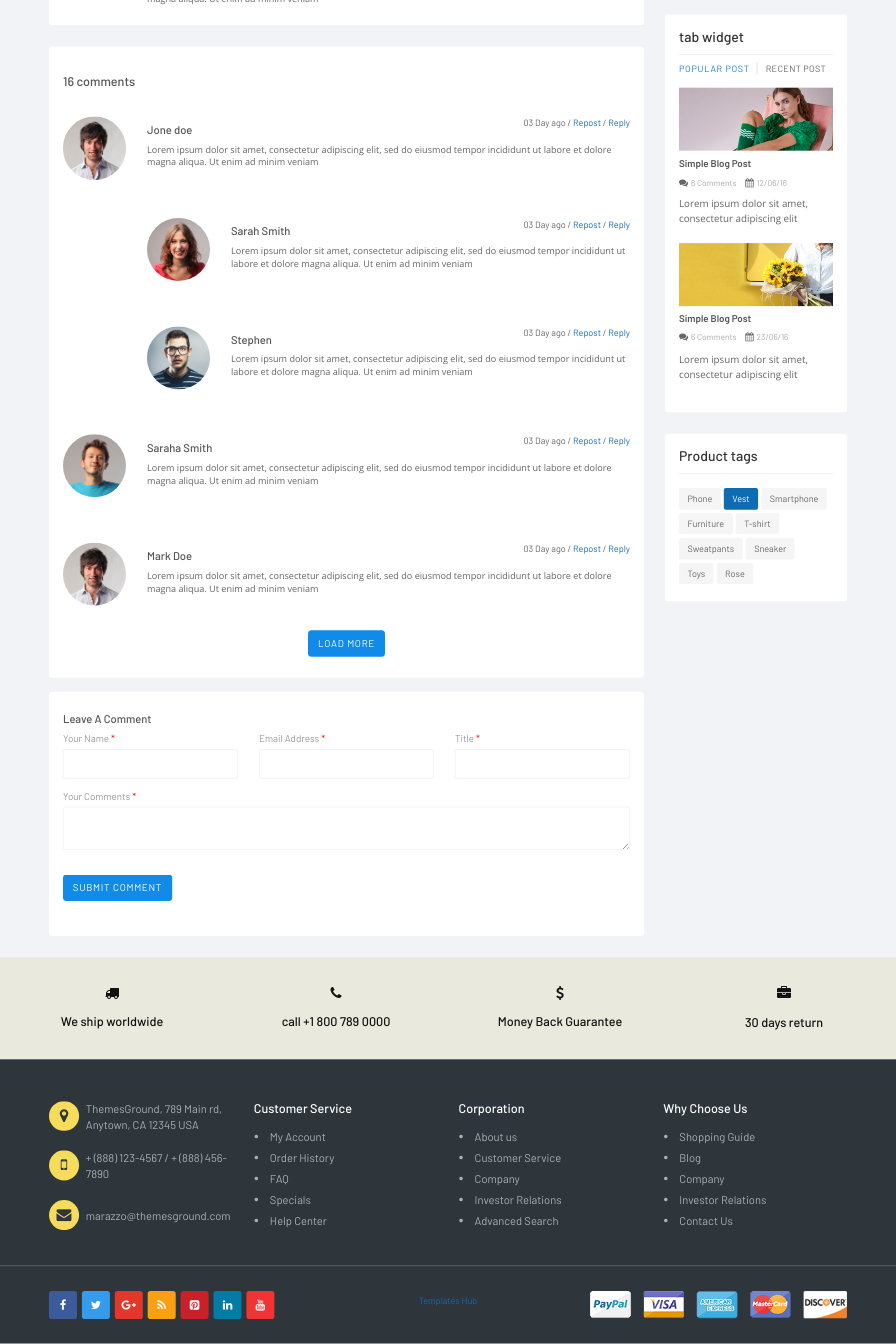
Repository: ztarikul/Laravel_e_commerce
Page: resources/views/posts/blog_details.blade.php
These files come from the project's save history. The page is drawn as it stood at one moment and after the next save; the edit follows.
The browser window is 1280 px wide. The pictures show the part of the page from y = 905 to 2825 px (the page is 2825 px tall before and 2790 px after), at 70% of full size.
The page is served by the project's Laravel application, run on PHP 8.4 with Laravel 8. Other server files are loaded and not shown. The template is opened directly, without the code that normally fills it, so the values that code supplies are empty.

Above is the page before, as saved 2021-07-30 01:23:22.

### e_com/routes/web.php
<?php

use App\Http\Controllers\HomeController;
use Illuminate\Support\Facades\Route;

/*
|--------------------------------------------------------------------------
| Web Routes
|--------------------------------------------------------------------------
|
| Here is where you can register web routes for your application. These
| routes are loaded by the RouteServiceProvider within a group which
| contains the "web" middleware group. Now create something great!
|
*/

// Route::get('/', function () {
//     return view('home');
// });
// Route::get('/checkout', function () {
//     return view('checkout');
// });

Auth::routes();
Route::get('/', [HomeController::class, 'index'])->name('home');
Route::get('/covid19', [HomeController::class, 'covid_form'])->name('covid.form');
Route::post('/covid19_tracker', [HomeController::class, 'covid_tracker'])->name('covid.tracker');


Route::resource('customer', CustomerController::class);
Route::get('/customer_login','CustomerController@login')->name('customer.login');
Route::post('/customer_loginAuthenticate','CustomerController@customer_loginAuthenticate')->name('customer.loginAuthenticate');
Route::get('/customer_registration','CustomerController@registration')->name('customer.registration');
Route::post('/customerRegistration','CustomerController@customerRegistration')->name('customer.customerRegistration');
Route::get('/customer_logout','CustomerController@customer_logout')->name('customer.logout');


Route::resource('post', PostController::class);

### e_com/resources/views/posts/blog_details.blade.php
<x-home-master>
@section('content')

<div class="breadcrumb">
	<div class="container">
		<div class="breadcrumb-inner">
			<ul class="list-inline list-unstyled">
				<li><a href="#">Home</a></li>
				<li class='active'>Blog Details</li>
			</ul>
		</div><!-- /.breadcrumb-inner -->
	</div><!-- /.container -->
</div><!-- /.breadcrumb -->

<div class="body-content">
	<div class="container">
		<div class="row">
			<div class="blog-page">
				<div class="col-xs-12 col-sm-9 col-md-9 rht-col">
					<div class="blog-post wow fadeInUp">
	<img class="img-responsive" src="{{asset('images/blog-post/blog_big_01.jpg')}}" alt="">

	<h1>{{$post->tile}}</h1>
	<span class="author">{{$post->user->name}}</span>
	<span class="review">{{$post->comments()->count()}} Comments</span>
	<span class="date-time">{{date('M d, Y',strtotime($post->created_at))}} {{date("H:i A", strtotime($post->created_at))}}</span>
	<p>{{$post->body}}</p>
	<div class="social-media">
		<span>share post:</span>
		<a href="#"><i class="fa fa-facebook"></i></a>
		<a href="#"><i class="fa fa-twitter"></i></a>
		<a href="#"><i class="fa fa-linkedin"></i></a>
		<a href="#"><i class="fa fa-rss"></i></a>
		<a href="#" class="hidden-xs"><i class="fa fa-pinterest"></i></a>
	</div>
</div>
<div class="blog-post-author-details wow fadeInUp">
	<div class="row">
		<div class="col-md-2">
			<img src="{{asset('images/blog-post/blog_big_01.jpg')}}" alt="Responsive image" class="img-circle img-responsive">
		</div>
		<div class="col-md-10">
			<h4>John Doe</h4>
			<div class="btn-group author-social-network pull-right">
				<span>Follow me on</span>
			    <button type="button" class="dropdown-toggle" data-toggle="dropdown">
			    	<i class="twitter-icon fa fa-twitter"></i>
			    	<span class="caret"></span>
			    </button>
			    <ul class="dropdown-menu" role="menu">
			    	<li><a href="#"><i class="icon fa fa-facebook"></i>Facebook</a></li>
			    	<li><a href="#"><i class="icon fa fa-linkedin"></i>Linkedin</a></li>
			    	<li><a href="#"><i class="icon fa fa-pinterest"></i>Pinterst</a></li>
			    	<li><a href="#"><i class="icon fa fa-rss"></i>RSS</a></li>
			    </ul>
			</div>
			<span class="author-job">Web Designer</span>
			<p>Lorem ipsum dolor sit amet, consectetur adipiscing elit, sed do eiusmod tempor incididunt ut labore et dolore magna aliqua. Ut enim ad minim veniam</p>
		</div>
	</div>
</div>
					<div class="blog-review wow fadeInUp">
	<div class="row">
		<div class="col-md-12">
			<h3 class="title-review-comments">16 comments</h3>
		</div>
		<div class="col-md-2 col-sm-2">
			<img src="assets/images/testimonials/member1.png" alt="Responsive image" class="img-rounded img-responsive">
		</div>
		<div class="col-md-10 col-sm-10 blog-comments outer-bottom-xs">
			<div class="blog-comments inner-bottom-xs">
				<h4>Jone doe</h4>
				<span class="review-action pull-right">
					03 Day ago &sol;
					<a href="#"> Repost</a> &sol;
					<a href="#"> Reply</a>
				</span>
				<p>Lorem ipsum dolor sit amet, consectetur adipiscing elit, sed do eiusmod tempor incididunt ut labore et dolore magna aliqua. Ut enim ad minim veniam</p>
			</div>
			<div class="blog-comments-responce outer-top-xs ">
				<div class="row">
					<div class="col-md-2 col-sm-2">
						<img src="assets/images/testimonials/member2.png" alt="Responsive image" class="img-rounded img-responsive">
					</div>
					<div class="col-md-10 col-sm-10 outer-bottom-xs">
						<div class="blog-sub-comments inner-bottom-xs">
							<h4>Sarah Smith</h4>
							<span class="review-action pull-right">
								03 Day ago &sol;
								<a href="#"> Repost</a> &sol;
								<a href="#"> Reply</a>
							</span>
							<p>Lorem ipsum dolor sit amet, consectetur adipiscing elit, sed do eiusmod tempor incididunt ut labore et dolore magna aliqua. Ut enim ad minim veniam</p>
						</div>
					</div>
					<div class="col-md-2 col-sm-2">
						<img src="assets/images/testimonials/member3.png" alt="Responsive image" class="img-rounded img-responsive">
					</div>
					<div class="col-md-10 col-sm-10">
						<div class=" inner-bottom-xs">
							<h4>Stephen</h4>
							<span class="review-action pull-right">
								03 Day ago &sol;
								<a href="#"> Repost</a> &sol;
								<a href="#"> Reply</a>
							</span>
							<p>Lorem ipsum dolor sit amet, consectetur adipiscing elit, sed do eiusmod tempor incididunt ut labore et dolore magna aliqua. Ut enim ad minim veniam</p>
						</div>
					</div>
				</div>
			</div>
		</div>
		<div class="col-md-2 col-sm-2">
			<img src="assets/images/testimonials/member4.png" alt="Responsive image" class="img-rounded img-responsive">
		</div>
		<div class="col-md-10 col-sm-10">
			<div class="blog-comments inner-bottom-xs outer-bottom-xs">
				<h4>Saraha Smith</h4>
				<span class="review-action pull-right">
					03 Day ago &sol;
					<a href="#"> Repost</a> &sol;
					<a href="#"> Reply</a>
				</span>
				<p>Lorem ipsum dolor sit amet, consectetur adipiscing elit, sed do eiusmod tempor incididunt ut labore et dolore magna aliqua. Ut enim ad minim veniam</p>
			</div>
		</div>
		<div class="col-md-2 col-sm-2">
			<img src="assets/images/testimonials/member1.png" alt="Responsive image" class="img-rounded img-responsive">
		</div>
		<div class="col-md-10 col-sm-10">
			<div class="blog-comment inner-bottom-xs">
				<h4>Mark Doe</h4>
				<span class="review-action pull-right">
					03 Day ago &sol;
					<a href="#"> Repost</a> &sol;
					<a href="#"> Reply</a>
				</span>
				<p>Lorem ipsum dolor sit amet, consectetur adipiscing elit, sed do eiusmod tempor incididunt ut labore et dolore magna aliqua. Ut enim ad minim veniam</p>
			</div>
		</div>
		<div class="post-load-more col-md-12"><a class="btn btn-upper btn-primary" href="#">Load more</a></div>
	</div>
</div>					<div class="blog-write-comment outer-bottom-xs outer-top-xs">
	<div class="row">
		<div class="col-md-12">
			<h4>Leave A Comment</h4>
		</div>
		<div class="col-md-4">
			<form class="register-form" role="form">
				<div class="form-group">
			    <label class="info-title" for="exampleInputName">Your Name <span>*</span></label>
			    <input type="email" class="form-control unicase-form-control text-input" id="exampleInputName" placeholder="">
			  </div>
			</form>
		</div>
		<div class="col-md-4">
			<form class="register-form" role="form">
				<div class="form-group">
			    <label class="info-title" for="exampleInputEmail1">Email Address <span>*</span></label>
			    <input type="email" class="form-control unicase-form-control text-input" id="exampleInputEmail1" placeholder="">
			  </div>
			</form>
		</div>
		<div class="col-md-4">
			<form class="register-form" role="form">
				<div class="form-group">
			    <label class="info-title" for="exampleInputTitle">Title <span>*</span></label>
			    <input type="email" class="form-control unicase-form-control text-input" id="exampleInputTitle" placeholder="">
			  </div>
			</form>
		</div>
		<div id="comment_box" class="col-md-12">
			<form class="register-form" role="form">
				<div class="form-group">
			    <label class="info-title" for="exampleInputComments">Your Comments <span>*</span></label>
			    <textarea class="form-control unicase-form-control" id="exampleInputComments" ></textarea>
			  </div>
			</form>
		</div>
		<div class="col-md-12 outer-bottom-small m-t-20">
			<button type="submit" class="btn-upper btn btn-primary checkout-page-button">Submit Comment</button>
		</div>
	</div>
</div>
				</div>
				<div class="col-xs-12 col-sm-3 col-md-3 sidebar">



					<div class="sidebar-module-container">
						<div class="search-area outer-bottom-small">
    <form>
        <div class="control-group">
            <input placeholder="Type to search" class="search-field">
            <a href="#" class="search-button"></a>
        </div>
    </form>
</div>

<div class="home-banner outer-top-n outer-bottom-xs">
<img src="assets/images/banners/LHS-banner.jpg" alt="Image">
</div>
				<!-- ==============================================CATEGORY============================================== -->
<div class="sidebar-widget outer-bottom-xs wow fadeInUp">
	<h3 class="section-title">Category</h3>
	<div class="sidebar-widget-body m-t-10">
		<div class="accordion">
	    	<div class="accordion-group">
	            <div class="accordion-heading">
	                <a href="#collapseOne" data-toggle="collapse" class="accordion-toggle collapsed">
	                   Camera
	                </a>
	            </div><!-- /.accordion-heading -->
	            <div class="accordion-body collapse" id="collapseOne" style="height: 0px;">
	                <div class="accordion-inner">
	                    <ul>
	                        <li><a href="#">gaming</a></li>
	                        <li><a href="#">office</a></li>
	                        <li><a href="#">kids</a></li>
	                        <li><a href="#">for women</a></li>
	                    </ul>
	                </div><!-- /.accordion-inner -->
	            </div><!-- /.accordion-body -->
	        </div><!-- /.accordion-group -->

	        <div class="accordion-group">
	            <div class="accordion-heading">
	                <a href="#collapseTwo" data-toggle="collapse" class="accordion-toggle collapsed">
	                  Desktops
	                </a>
	            </div><!-- /.accordion-heading -->
	            <div class="accordion-body collapse" id="collapseTwo" style="height: 0px;">
	                <div class="accordion-inner">
	                    <ul>
	                        <li><a href="#">gaming</a></li>
	                        <li><a href="#">office</a></li>
	                        <li><a href="#">kids</a></li>
	                        <li><a href="#">for women</a></li>
	                    </ul>
	                </div><!-- /.accordion-inner -->
	            </div><!-- /.accordion-body -->
	        </div><!-- /.accordion-group -->

	        <div class="accordion-group">
	            <div class="accordion-heading">
	                <a href="#collapseThree" data-toggle="collapse" class="accordion-toggle collapsed">
	                   Pants
	                </a>
	            </div><!-- /.accordion-heading -->
	            <div class="accordion-body collapse" id="collapseThree" style="height: 0px;">
	                <div class="accordion-inner">
	                    <ul>
	                        <li><a href="#">gaming</a></li>
	                        <li><a href="#">office</a></li>
	                        <li><a href="#">kids</a></li>
	                        <li><a href="#">for women</a></li>
	                    </ul>
	                </div><!-- /.accordion-inner -->
	            </div><!-- /.accordion-body -->
	        </div><!-- /.accordion-group -->

	        <div class="accordion-group">
	            <div class="accordion-heading">
	                <a href="#collapseFour" data-toggle="collapse" class="accordion-toggle collapsed">
	                   Bags
	                </a>
	            </div><!-- /.accordion-heading -->
	            <div class="accordion-body collapse" id="collapseFour" style="height: 0px;">
	                <div class="accordion-inner">
	                    <ul>
	                        <li><a href="#">gaming</a></li>
	                        <li><a href="#">office</a></li>
	                        <li><a href="#">kids</a></li>
	                        <li><a href="#">for women</a></li>
	                    </ul>
	                </div><!-- /.accordion-inner -->
	            </div><!-- /.accordion-body -->
	        </div><!-- /.accordion-group -->

	        <div class="accordion-group">
	            <div class="accordion-heading">
	                <a href="#collapseFive" data-toggle="collapse" class="accordion-toggle collapsed">
	                  Hats
	                </a>
	            </div><!-- /.accordion-heading -->
	            <div class="accordion-body collapse" id="collapseFive" style="height: 0px;">
	                <div class="accordion-inner">
	                    <ul>
	                        <li><a href="#">gaming</a></li>
	                        <li><a href="#">office</a></li>
	                        <li><a href="#">kids</a></li>
	                        <li><a href="#">for women</a></li>
	                    </ul>
	                </div><!-- /.accordion-inner -->
	            </div><!-- /.accordion-body -->
	        </div><!-- /.accordion-group -->

	        <div class="accordion-group">
	            <div class="accordion-heading">
	                <a href="#collapseSix" data-toggle="collapse" class="accordion-toggle collapsed">
	                 Accessories
	                </a>
	            </div><!-- /.accordion-heading -->
	            <div class="accordion-body collapse" id="collapseSix" style="height: 0px;">
	                <div class="accordion-inner">
	                    <ul>
	                        <li><a href="#">gaming</a></li>
	                        <li><a href="#">office</a></li>
	                        <li><a href="#">kids</a></li>
	                        <li><a href="#">for women</a></li>
	                    </ul>
	                </div><!-- /.accordion-inner -->
	            </div><!-- /.accordion-body -->
	        </div><!-- /.accordion-group -->

	    </div><!-- /.accordion -->
	</div><!-- /.sidebar-widget-body -->
</div><!-- /.sidebar-widget -->
	<!-- ============================================== CATEGORY : END ============================================== -->						<div class="sidebar-widget outer-bottom-xs wow fadeInUp">
    <h3 class="section-title">tab widget</h3>
	<ul class="nav nav-tabs">
	  <li class="active"><a href="#popular" data-toggle="tab">popular post</a></li>
	  <li><a href="#recent" data-toggle="tab">recent post</a></li>
	</ul>
	<div class="tab-content" style="padding-left:0">
	   <div class="tab-pane active m-t-20" id="popular">
		<div class="blog-post inner-bottom-30 " >
			<img class="img-responsive" src="assets/images/blog-post/blog_big_01.jpg" alt="">
			<h4><a href="blog-details.html">Simple Blog Post</a></h4>
				<span class="review">6 Comments</span>
			<span class="date-time">12/06/16</span>
			<p>Lorem ipsum dolor sit amet, consectetur adipiscing elit</p>

		</div>
		<div class="blog-post" >
			<img class="img-responsive" src="assets/images/blog-post/blog_big_02.jpg" alt="">
			<h4><a href="blog-details.html">Simple Blog Post</a></h4>
			<span class="review">6 Comments</span>
			<span class="date-time">23/06/16</span>
			<p>Lorem ipsum dolor sit amet, consectetur adipiscing elit</p>

		</div>
	</div>

	<div class="tab-pane m-t-20" id="recent">
		<div class="blog-post inner-bottom-30" >
			<img class="img-responsive" src="assets/images/blog-post/blog_big_03.jpg" alt="">
			<h4><a href="blog-details.html">Simple Blog Post</a></h4>
			<span class="review">6 Comments</span>
			<span class="date-time">5/06/16</span>
			<p>Lorem ipsum dolor sit amet, consectetur adipiscing elit</p>

		</div>
		<div class="blog-post">
			<img class="img-responsive" src="assets/images/blog-post/blog_big_01.jpg" alt="">
			<h4><a href="blog-details.html">Simple Blog Post</a></h4>
			<span class="review">6 Comments</span>
			<span class="date-time">10/07/16</span>
			<p>Lorem ipsum dolor sit amet, consectetur adipiscing elit</p>

		</div>
	</div>
	</div>
</div>
						<!-- ============================================== PRODUCT TAGS ============================================== -->
<div class="sidebar-widget product-tag wow fadeInUp">
	<h3 class="section-title">Product tags</h3>
	<div class="sidebar-widget-body outer-top-xs">
		<div class="tag-list">
			<a class="item" title="Phone" href="category.html">Phone</a>
			<a class="item active" title="Vest" href="category.html">Vest</a>
			<a class="item" title="Smartphone" href="category.html">Smartphone</a>
			<a class="item" title="Furniture" href="category.html">Furniture</a>
			<a class="item" title="T-shirt" href="category.html">T-shirt</a>
			<a class="item" title="Sweatpants" href="category.html">Sweatpants</a>
			<a class="item" title="Sneaker" href="category.html">Sneaker</a>
			<a class="item" title="Toys" href="category.html">Toys</a>
			<a class="item" title="Rose" href="category.html">Rose</a>
		</div><!-- /.tag-list -->
	</div><!-- /.sidebar-widget-body -->
</div><!-- /.sidebar-widget -->
<!-- ============================================== PRODUCT TAGS : END ============================================== -->					</div>
				</div>
			</div>
		</div>
	</div>
</div>




@endsection
</x-home-master>

### e_com/public/css/rateit.css

/*===================================================================================*/
/*  Rating CSS
/*===================================================================================*/

.rateit {
    display: -moz-inline-box;
    display: inline-block;
    position: relative;
    -webkit-user-select: none;
    -khtml-user-select: none;
    -moz-user-select: none;
    -o-user-select: none;
    -ms-user-select: none;
    user-select: none;
    -webkit-touch-callout: none;
}

.rateit .rateit-range
{
    position: relative;
    display: -moz-inline-box;
    display: inline-block;
    background: url(images/star.html);
    height: 14px;
    outline: none;
}

.rateit-small .rateit-range
{
    position: relative;
    display: -moz-inline-box;
    display: inline-block;
    background: url(images/star-small.png);
    height: 14px;
    outline: none;
}

.rateit .rateit-range * {
    display:block;
}

/* for IE 6 */
* html .rateit, * html .rateit .rateit-range
{
    display: inline;
}

/* for IE 7 */
* + html .rateit, * + html .rateit .rateit-range
{
    display: inline;
}

.rateit .rateit-hover, .rateit .rateit-selected
{
    position: absolute;
    left: 0px;
}

.rateit .rateit-hover-rtl, .rateit .rateit-selected-rtl
{
    left: auto;
    right: 0px;
}

.rateit .rateit-hover
{
    background: url(images/star.html) left -28px;
}

.rateit-small .rateit-hover
{
    background: url(images/star-small.png) left -328px;
}

.rateit .rateit-hover-rtl
{
    background-position: right -28px;
}

.rateit .rateit-selected
{
    background: url(images/star.html) left -14px;
}

.rateit-small .rateit-selected
{
    background: url(images/star-small.png) left -14px;
}

.rateit .rateit-selected-rtl
{
    background-position: right -14px;
}

.rateit .rateit-preset
{
    background: url(images/star.html) left -48px;
}

.rateit .rateit-preset-rtl
{
    background: url(images/star.html) left -48px;
}

.rateit-small .rateit-preset
{
    background: url(images/star-small.png) left -48px;
}

.rateit-small .rateit-preset-rtl
{
    background: url(images/star-small.png) left -48px;
}

.rateit button.rateit-reset
{
    background: url(images/delete.gif) 0 0;
    width: 14px;
    height: 14px;
    display: -moz-inline-box;
    display: inline-block;
    float: left;
    outline: none;
    border:none;
    padding: 0;
}

.rateit button.rateit-reset:hover, .rateit button.rateit-reset:focus
{
    background-position: 0 -14px;
}

Loaded but not shown: e_com/app/Http/Controllers/Auth/LoginController.php (common file); e_com/app/Http/Controllers/Controller.php (common file); e_com/app/Http/Controllers/Auth/ConfirmPasswordController.php (common file); e_com/app/Models/Category.php (common file); e_com/public/css/bootstrap.min.css (library); e_com/public/css/main.css (library); e_com/public/css/owl.carousel.css (common file); e_com/public/css/owl.transitions.css (library); e_com/public/css/animate.min.css (library); e_com/public/css/bootstrap-select.min.css (library); e_com/public/css/font-awesome.css (library); e_com/public/js/jquery-1.11.1.min.js (library); e_com/public/js/bootstrap.min.js (library); e_com/public/js/bootstrap-hover-dropdown.min.js (common file); e_com/public/js/owl.carousel.min.js (library); e_com/public/js/echo.min.js (common file); e_com/public/js/jquery.easing-1.3.min.js (library); e_com/public/js/bootstrap-slider.min.js (library); e_com/public/js/jquery.rateit.min.js (library); e_com/public/js/lightbox.min.js (library); e_com/public/js/bootstrap-select.min.js (library); e_com/public/js/wow.min.js (library); e_com/public/js/scripts.js (343 lines, source omitted); e_com/resources/views/components/home-master.blade.php (450 lines, source omitted); e_com/public/css/blue.css (483 lines, source omitted)

After the next save:
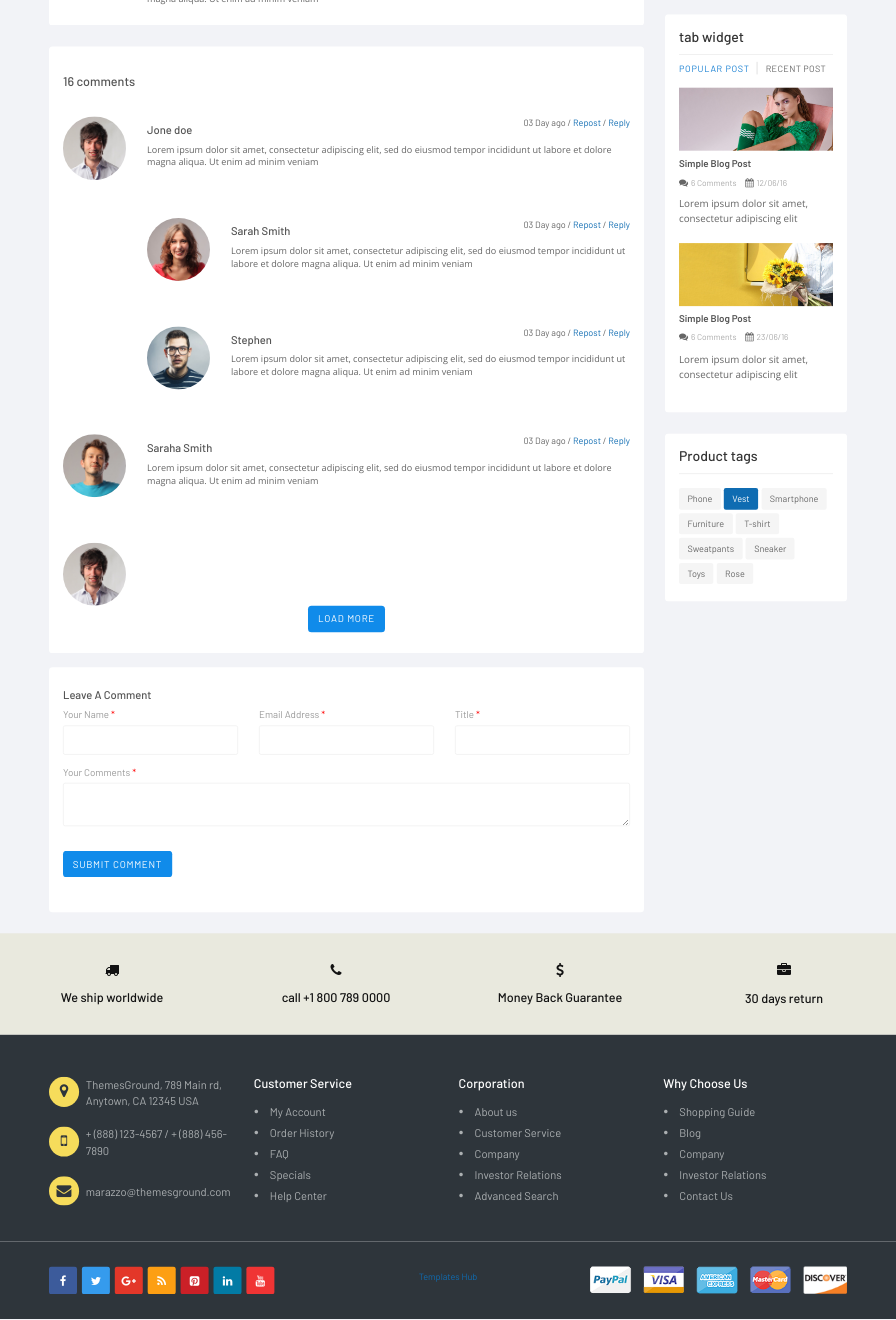
Saved 3 min 51 s later.
--- a/e_com/resources/views/posts/blog_details.blade.php
+++ b/e_com/resources/views/posts/blog_details.blade.php
@@ -127,17 +127,7 @@
 		<div class="col-md-2 col-sm-2">
 			<img src="assets/images/testimonials/member1.png" alt="Responsive image" class="img-rounded img-responsive">
 		</div>
-		<div class="col-md-10 col-sm-10">
-			<div class="blog-comment inner-bottom-xs">
-				<h4>Mark Doe</h4>
-				<span class="review-action pull-right">
-					03 Day ago &sol;
-					<a href="#"> Repost</a> &sol;
-					<a href="#"> Reply</a>
-				</span>
-				<p>Lorem ipsum dolor sit amet, consectetur adipiscing elit, sed do eiusmod tempor incididunt ut labore et dolore magna aliqua. Ut enim ad minim veniam</p>
-			</div>
-		</div>
+
 		<div class="post-load-more col-md-12"><a class="btn btn-upper btn-primary" href="#">Load more</a></div>
 	</div>
 </div>					<div class="blog-write-comment outer-bottom-xs outer-top-xs">
